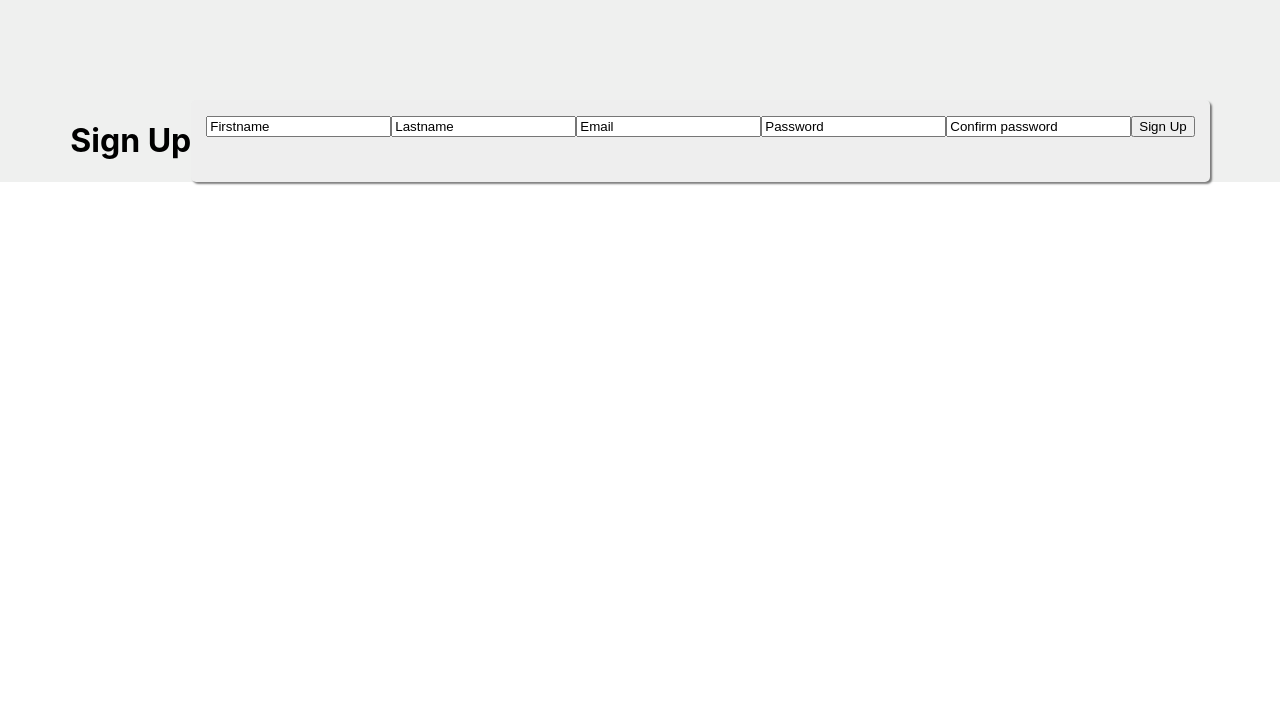
Repository: khamraeva/JSP-homework1-sighup
Page: /
These files come from the project's save history. The page is drawn as it stood at one moment and after the next save; the edit follows.
The browser window is 1280 px wide. The pictures show the whole page.
The project was rebuilt for these pictures with package versions that can differ from the ones it lists, and the page was loaded fresh each time.

Above is the page before, as saved 2020-07-22 16:28:40.

After the next save:
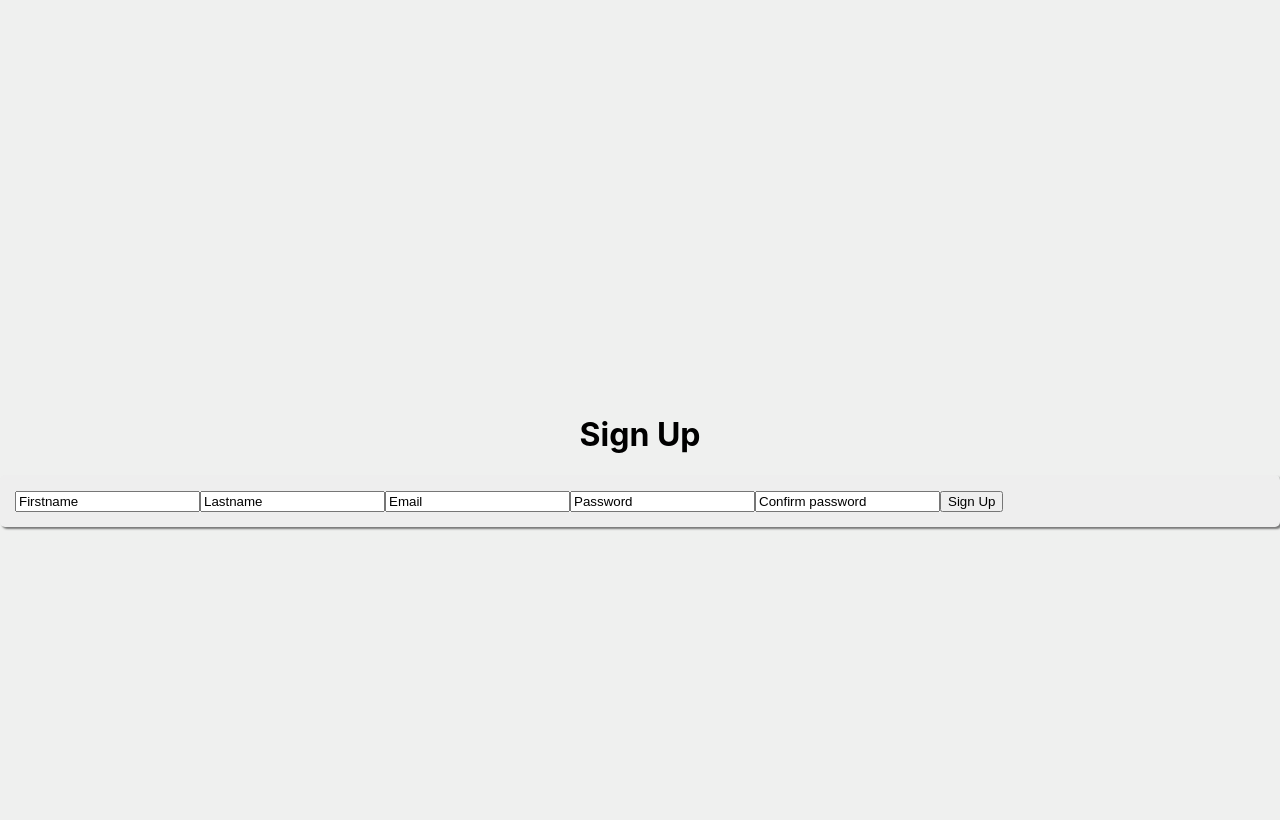
Saved 65 s later.
--- a/src/Components/SignUp/SignUp.css
+++ b/src/Components/SignUp/SignUp.css
@@ -1,4 +1,6 @@
 .signup-container {
+    height: 100vh;
+    flex-direction: column;
     display: flex;
     justify-content: center;
     padding-top: 100px;

After the save that followed:
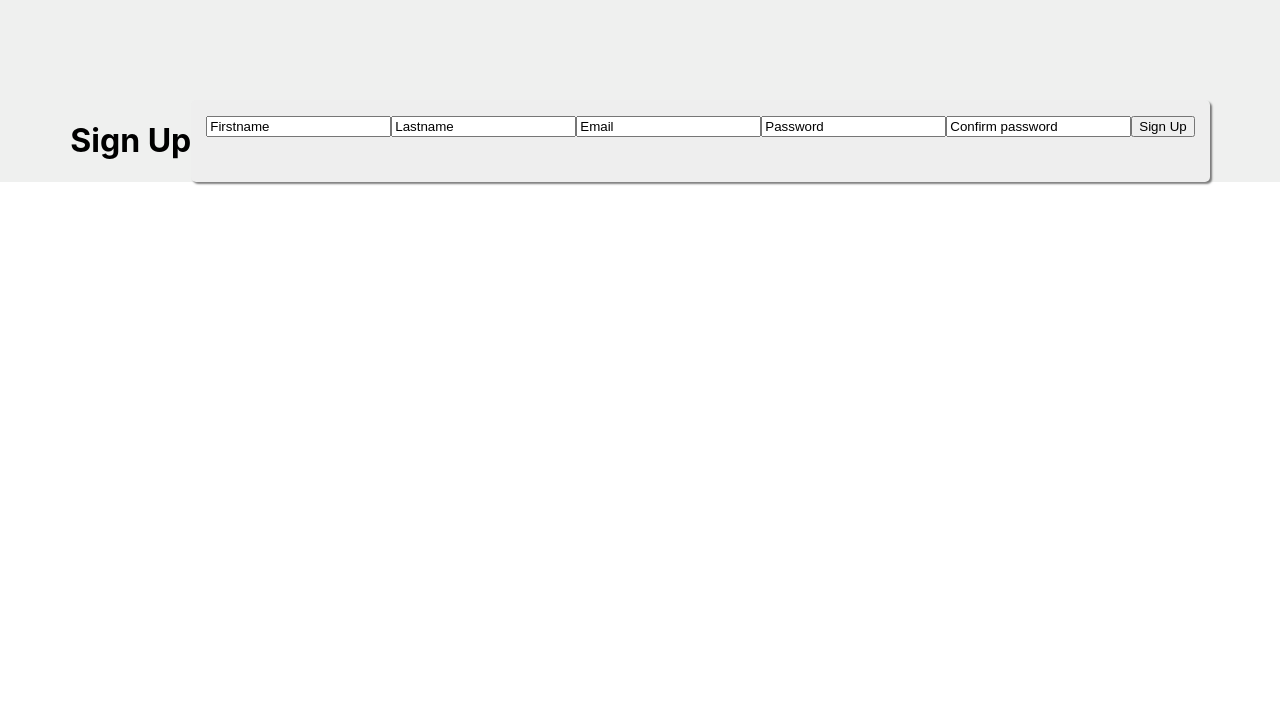
Saved 40 s later.
--- a/src/Components/SignUp/SignUp.css
+++ b/src/Components/SignUp/SignUp.css
@@ -1,6 +1,4 @@
 .signup-container {
-    height: 100vh;
-    flex-direction: column;
     display: flex;
     justify-content: center;
     padding-top: 100px;
